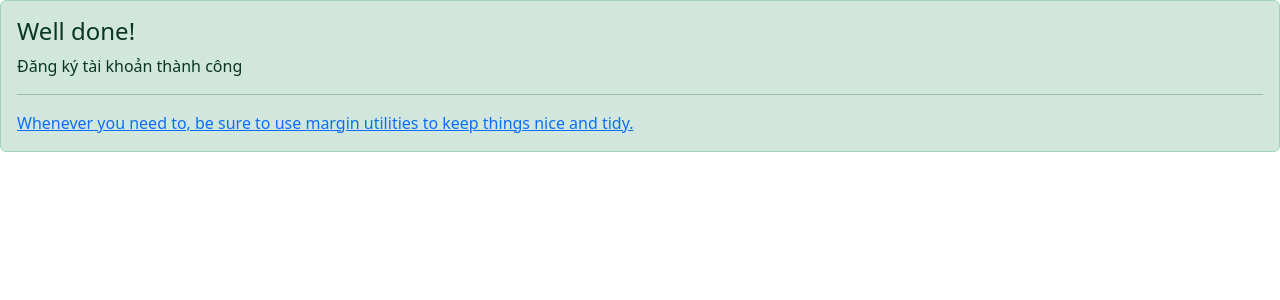
Repository: sitranvan/java-jsp-servlet
Page: http://localhost/TechStore/success.jsp
An editor plug-in stored every save of this project. The page is shown before and after the next save, followed by the edit.
The browser window is 1280 px wide. The pictures show the whole page.
The page is served by Tomcat 10.

Above is the page before, as saved 2023-05-04 17:53:26.

After the next save:
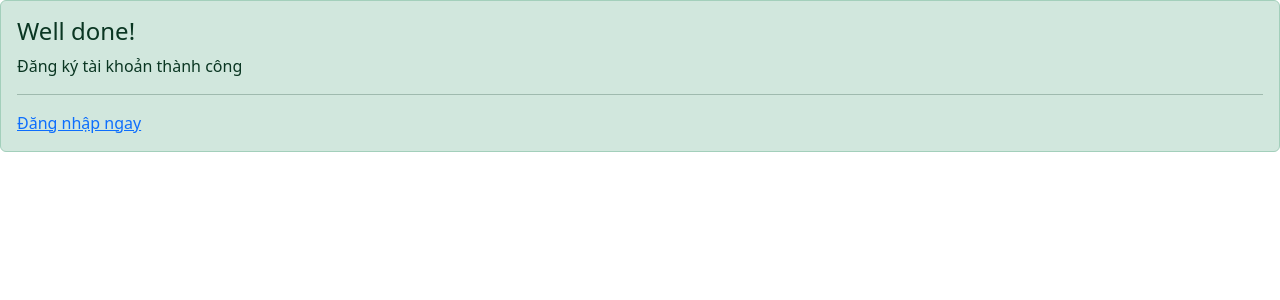
Saved 11 s later.
--- a/TechStore/src/main/webapp/success.jsp
+++ b/TechStore/src/main/webapp/success.jsp
@@ -29,8 +29,7 @@
 		<h4 class="alert-heading">Well done!</h4>
 		<p>Đăng ký tài khoản thành công</p>
 		<hr>
-		<a href="login.jsp" class="mb-0">Whenever you need to, be sure to use margin
-			utilities to keep things nice and tidy.</a>
+		<a href="login.jsp" class="mb-0">Đăng nhập ngay</a>
 	</div>
 </body>
 </html>
